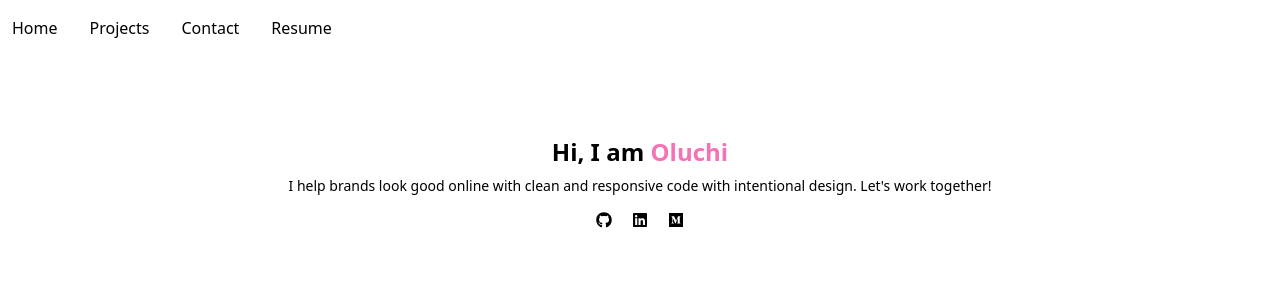
Repository: ooluchi/portfolio_
Page: / (app in my-react-app/)
These files come from the project's save history. The page is drawn as it stood at one moment and after the next save; the edit follows.
The browser window is 1280 px wide. The pictures show the whole page.
The project was rebuilt for these pictures with package versions that can differ from the ones it lists, and the page was loaded fresh each time. Also part of the build but not shown: my-react-app/vite.config.ts.

Above is the page before, as saved 2025-11-20 12:06:56.

### my-react-app/src/index.css
@import url("https://fonts.googleapis.com/css2?family=Kumbh+Sans:wght@100;200;300;400;500;600;700;800;900&display=swap");

@tailwind base;
@tailwind components;
@tailwind utilities;

* {
    margin: 0;
    padding: 0;
    box-sizing: border-box;
  }

### my-react-app/src/App.tsx


import './index.css'
import Home from './components/Home'
import NavBar from './components/NavBar'

export default function App() {

  return (
    <div className='dark'>
    <NavBar />
    <Home />
    </div>
  )
}

### my-react-app/src/components/Home.tsx
import { FaGithub, FaLinkedin, FaMedium } from "react-icons/fa";

import "../index.css";


export default function Home() {
  return (
    <div>

      <div className="text-center ">
        <h1 className="font-semibold mt-20 text-2xl">Hi, I am <span className="text-pink-400">Oluchi</span></h1>
        <div className="mt-2 text-sm">
          <p>I help brands look good online with clean and responsive code with intentional design. Let's work together!</p>
        </div>

      </div>
      <div className="flex justify-center gap-5 mt-4">
        <a
          href="https://github.com/ooluchi"
          target="_blank"
          rel="noreferrer"
          aria-label="GitHub"
        >
          <FaGithub/>
        </a>
        <a
          href="https://github.com/ooluchi"
          target="_blank"
          rel="noreferrer"
          aria-label="LinkedIn"
        >
        <FaLinkedin />
        </a>

        <a
          href="https://medium.com/@ooluchiokoro"
          target="_blank"
          rel="noreferrer"
          aria-label="Medium"
        >
          <FaMedium />
        </a>

      </div>
    </div>
  )
}

### my-react-app/src/components/NavBar.tsx

import "../index.css";





export default function NavBar() {

  // const [isOpen, setIsOpen] = useState(false);

  return (
    <nav className="text-center">
      <div className="text-center py-4 ">
        <div className="">
          <div className="lg:hidden">

          </div>
          <div className="w-full lg:block">
            <ul className={`flex flex-row align-justify gap-8 ml-3 lg:static`}>
              <li className=""><a href="#">Home</a></li>
              <li className=""><a href="#">Projects</a></li>
              <li className=""><a href="#">Contact</a></li>
              <li className=""><a href="#">Resume</a></li>
            </ul>
          </div>

        </div>


      </div>

    </nav>
  )
}

Loaded but not shown: my-react-app/index.html (common file); my-react-app/src/main.tsx (common file); my-react-app/tailwind.config.js (common file)

After the next save:
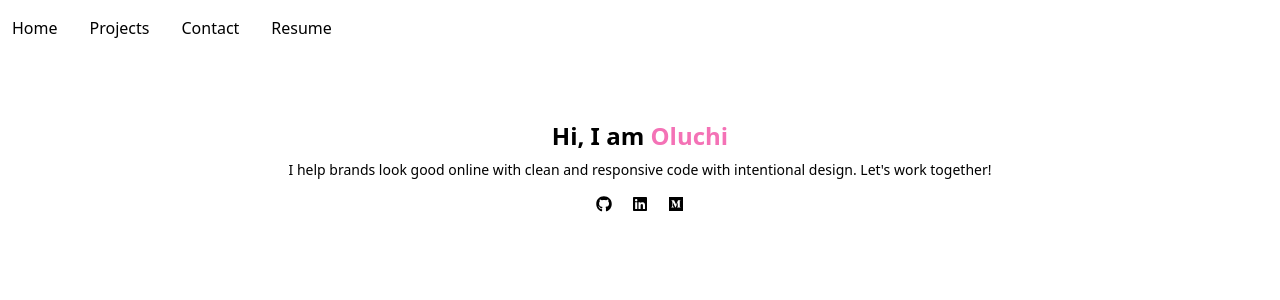
Saved 14 s later.
--- a/my-react-app/src/components/Home.tsx
+++ b/my-react-app/src/components/Home.tsx
@@ -8,7 +8,7 @@ export default function Home() {
     <div>
 
       <div className="text-center ">
-        <h1 className="font-semibold mt-20 text-2xl">Hi, I am <span className="text-pink-400">Oluchi</span></h1>
+        <h1 className="font-semibold mt-16 text-2xl">Hi, I am <span className="text-pink-400">Oluchi</span></h1>
         <div className="mt-2 text-sm">
           <p>I help brands look good online with clean and responsive code with intentional design. Let's work together!</p>
         </div>
